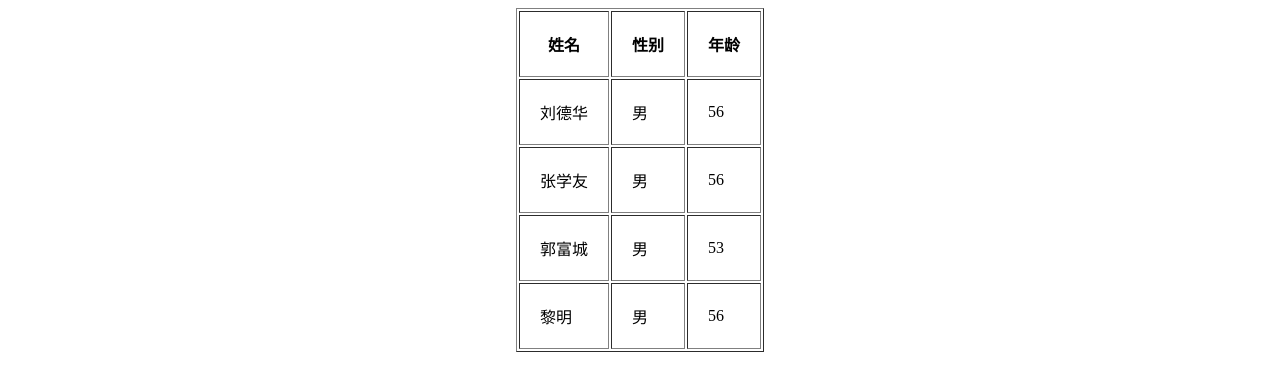
Repository: 129021/Front-end-learning
Page: 第2天/03-表头单元格标签.html
An editor plug-in stored every save of this project. The page is shown before and after the next save, followed by the edit.
The browser window is 1280 px wide. The pictures show the whole page.

Above is the page before, as saved 2021-10-15 19:24:45.

After the next save:
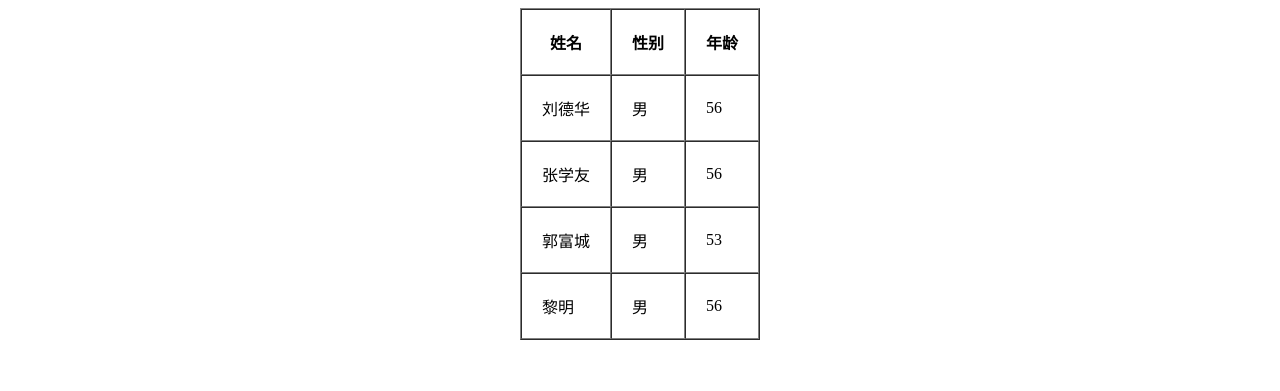
Saved 6 s later.
--- a/第2天/03-表头单元格标签.html
+++ b/第2天/03-表头单元格标签.html
@@ -10,7 +10,7 @@
 
 <body>
     <!-- 这些属性要写到表格标签table里面去 -->
-    <table align="center" border="1" cellpadding="20" cellspacing>
+    <table align="center" border="1" cellpadding="20" cellspacing="0">
         <tr>
             <th>姓名</th>
             <th>性别</th>
